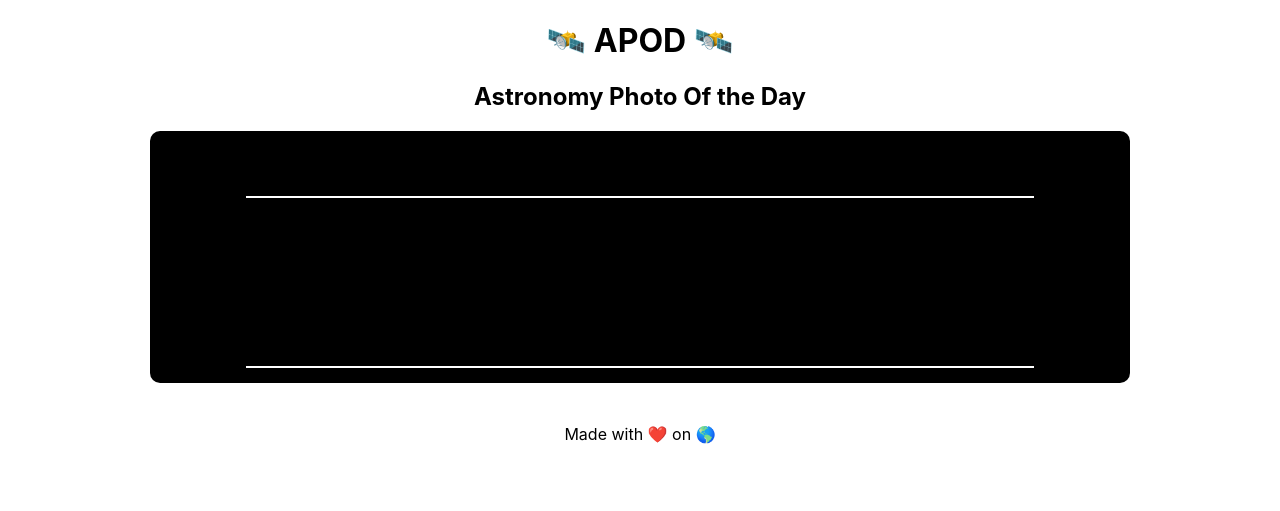
Repository: lomelo-x/Nasa-Photo-of-The-Day
Page: /
An editor plug-in stored every save of this project. The page is shown before and after a run of saves, followed by the edit.
The browser window is 1280 px wide. The pictures show the whole page.
The page's requests for data from a server got no answer. The project was rebuilt for these pictures with package versions that can differ from the ones it lists, and the page was loaded fresh each time. No one was signed in, and anything a server would have sent is missing. Also part of the build but not shown: src/App.css.

Above is the page before, as saved 2022-02-18 14:33:57.

After the next 2 saves:
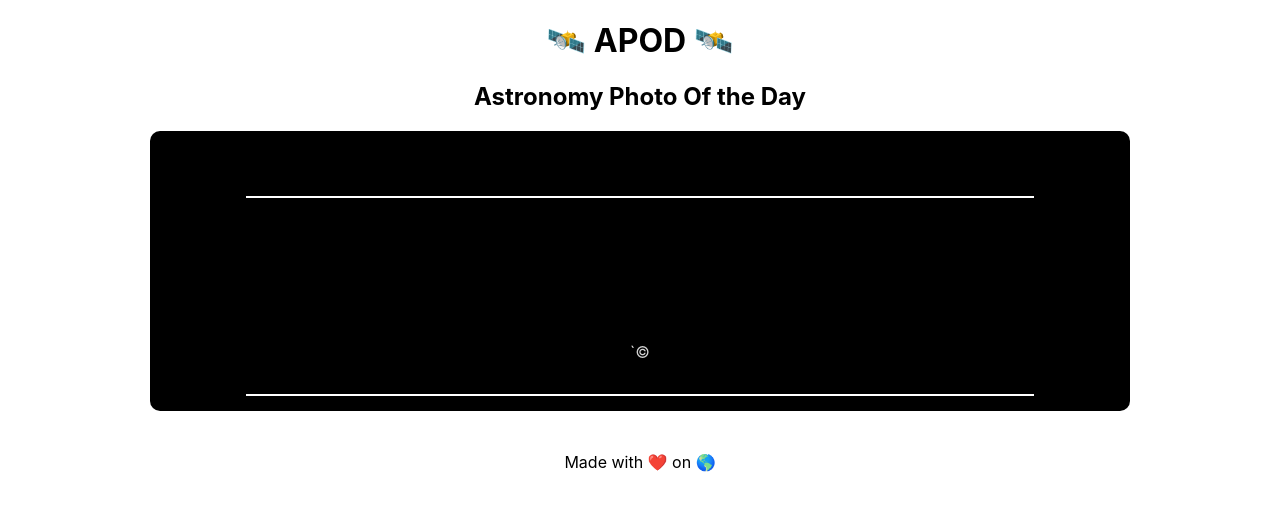
The 2 saves are shown as one change because they came seconds apart.
The last was saved 40 s later.
--- a/src/components/Card.js
+++ b/src/components/Card.js
@@ -72,7 +72,7 @@ export default function Card(props) {
 				<h4>{data.date}</h4>
 				<StyledCardExplanation>
 					<p>{data.explanation}</p>
-					<p>{data.copyright}</p>
+					<p>`©{data.copyright}</p>
 				</StyledCardExplanation>
 			</StyledCardInfo>
 		</StyledCard>
